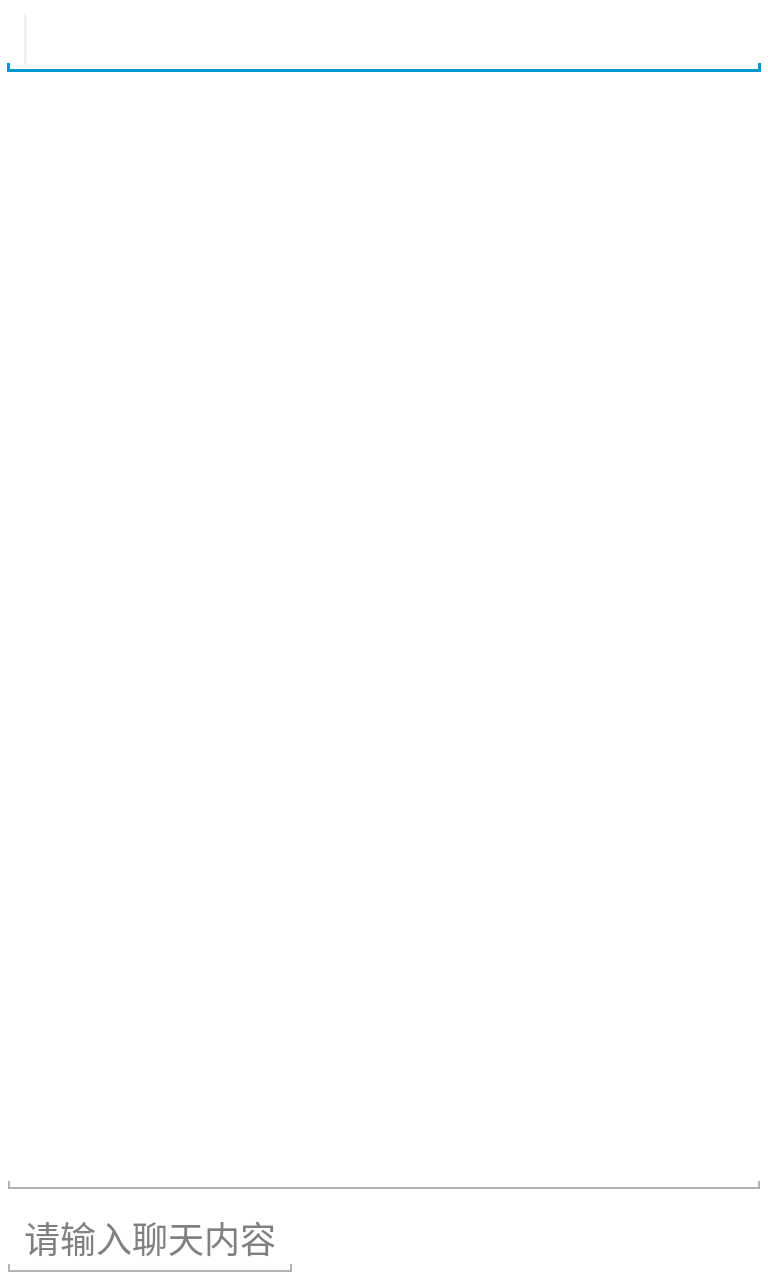
Repository: hufeiya/ChatClient
Layout: ChatClient/res/layout/main.xml
The author's editor kept a copy of each file at every save. The layout is drawn from the files as they stood at one save, then again after the next save.
It is drawn on a 768 x 1280 px phone screen (xhdpi) without system bars, with theme AppTheme; the app's code is not run.

Above is the layout before, as saved 2014-05-20 07:19:19.

### ChatClient/res/layout/main.xml
<?xml version="1.0" encoding="utf-8"?>
<LinearLayout xmlns:android="http://schemas.android.com/apk/res/android"
    android:layout_width="match_parent"
    android:layout_height="match_parent"
    android:orientation="vertical" >

    <EditText
        android:id="@+id/editText1"
        android:layout_width="match_parent"
        android:layout_height="wrap_content"
        android:ems="10"
        android:inputType="textPersonName" >

        <requestFocus />
    </EditText>

    <EditText
        android:id="@+id/editText3"
        android:layout_width="match_parent"
        android:layout_height="wrap_content"
        android:layout_weight="0.65"
        android:ems="10"
        android:inputType="textMultiLine" />
	<LinearLayout
	    android:layout_width="match_parent"
	    android:layout_height="wrap_content">

	    <EditText
	        android:id="@+id/sentence"
	        android:layout_width="wrap_content"
	        android:layout_height="wrap_content"
	        android:hint="请输入聊天内容"/>
	</LinearLayout>

</LinearLayout>

Loaded but not shown: ChatClient/res/values/styles.xml (common file); ChatClient/res/values-v11/styles.xml (common file); ChatClient/res/values-v14/styles.xml (common file)

After the next save:
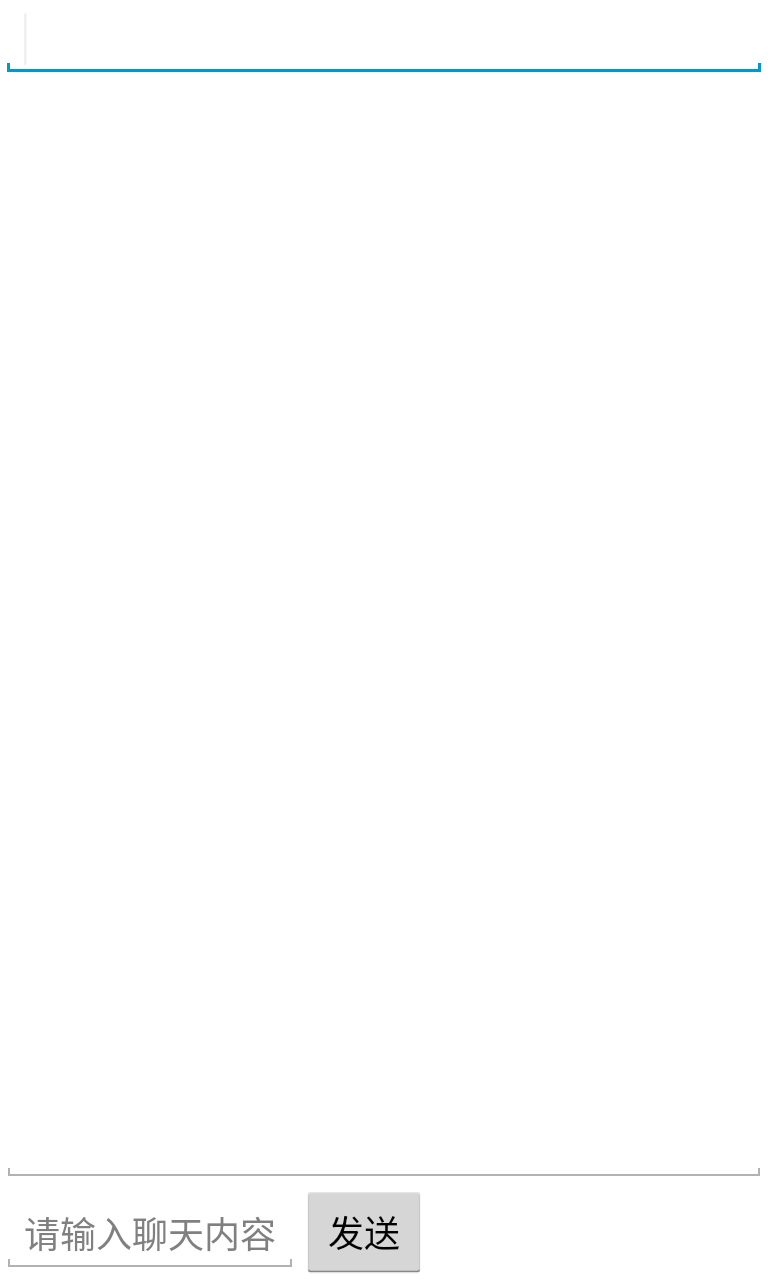
Saved 76 s later.
--- a/ChatClient/res/layout/main.xml
+++ b/ChatClient/res/layout/main.xml
@@ -30,6 +30,11 @@
 	        android:layout_width="wrap_content"
 	        android:layout_height="wrap_content"
 	        android:hint="请输入聊天内容"/>
+	    <Button
+	        android:id="@+id/send"
+	        android:layout_width="wrap_content"
+	        android:layout_height="wrap_content"
+	        android:text="发送"/>
 	</LinearLayout>
 
 </LinearLayout>
